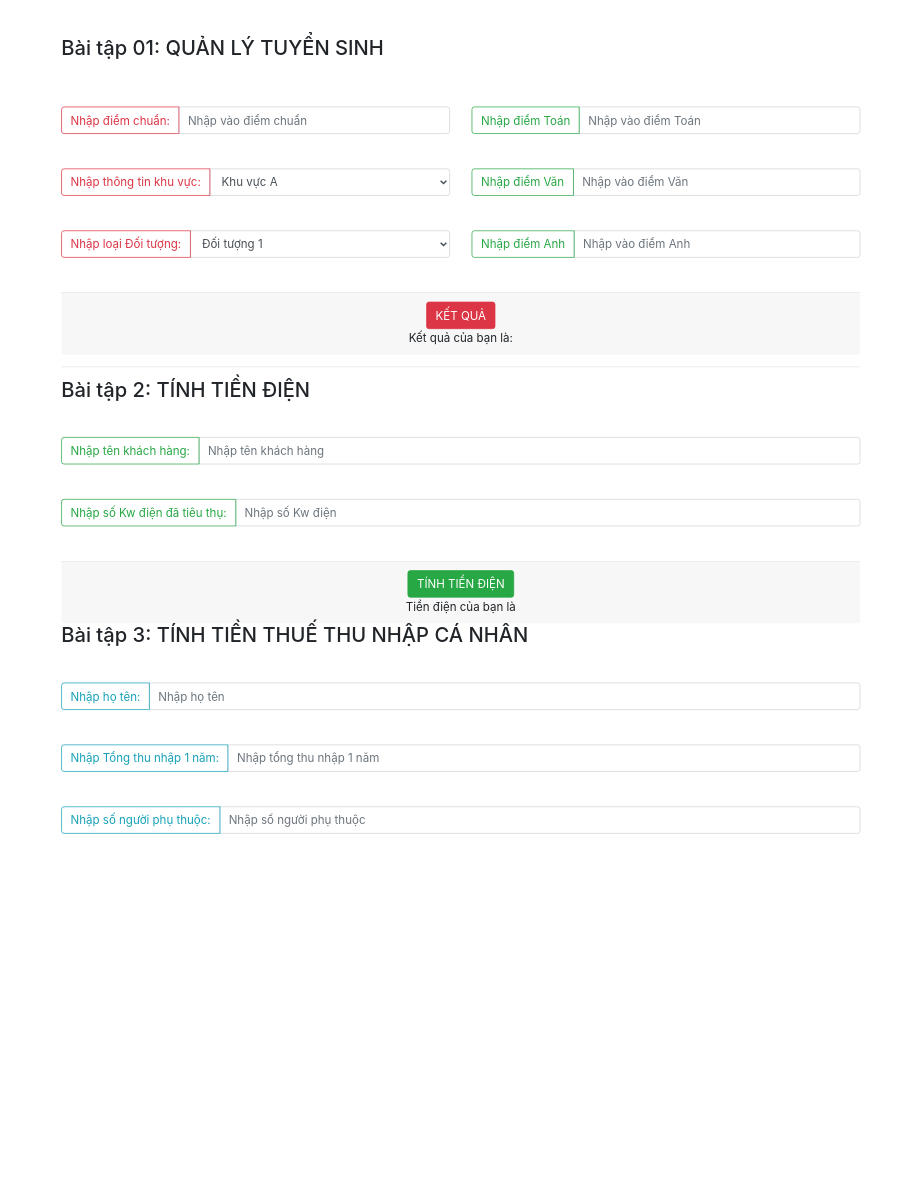
Repository: ducdatit2002/javascript-tinh-day15
Page: index.html
The author's editor kept a copy of each file at every save. The page is drawn from the files as they stood at one save, then again after the next save.
The browser window is 1280 px wide. The pictures show the whole page, at 72% of full size.

Above is the page before, as saved 2023-08-20 20:14:31.

After the next save:
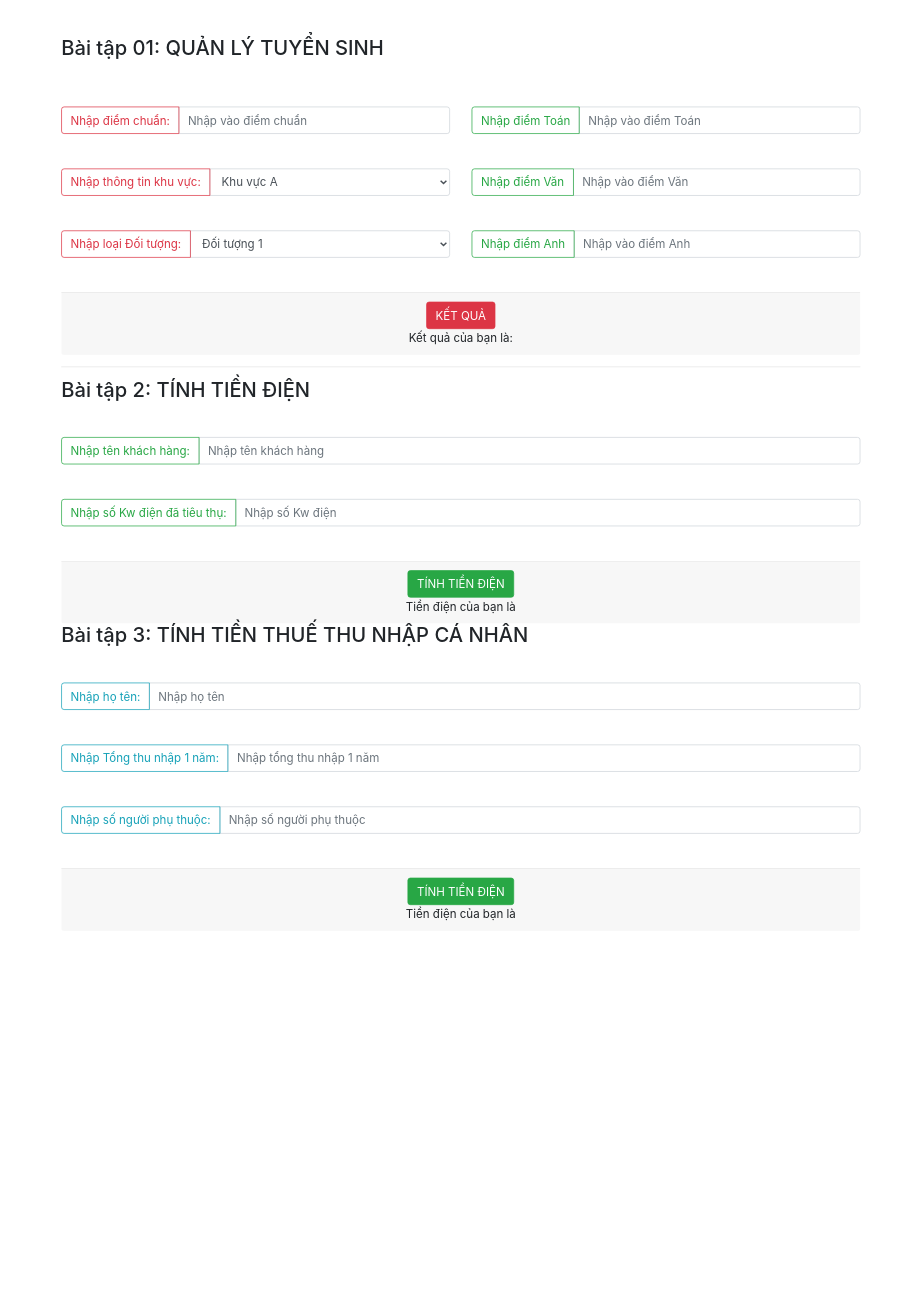
Saved 19 s later.
--- a/index.html
+++ b/index.html
@@ -172,6 +172,11 @@
             id="soNguoiPhuThuoc"
             placeholder="Nhập số người phụ thuộc"/>
         </div>
+        <div class="card-footer text-center mt-5">
+          <button id="btnTinhTienDien" class="btn btn-success">TÍNH TIỀN ĐIỆN</button>
+          <br />
+          <span id="TienDien" class="mt-2 display-5">Tiền điện của bạn là </span>
+        </div>
       </div>
     </div>
     <!-- Optional JavaScript -->
